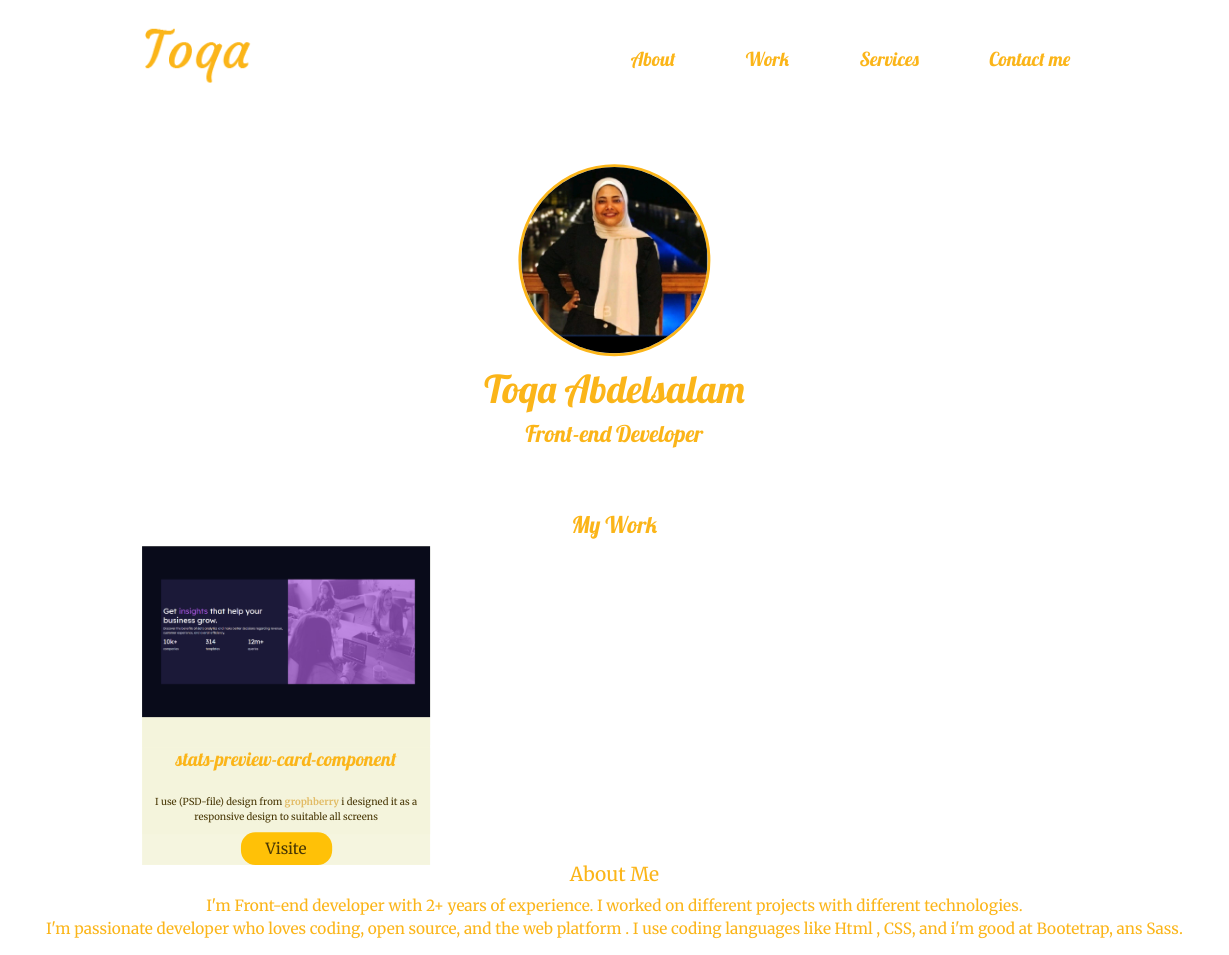
Repository: Toqa-25/portfolio
Page: index.html
The author's editor kept a copy of each file at every save. The page is drawn from the files as they stood at one save, then again after the next save.
The browser window is 1280 px wide. The pictures show the whole page, at 96% of full size.
Some web fonts or font styles are not loaded; a fallback is used.

Above is the page before, as saved 2021-10-31 23:32:47.

After the next save:
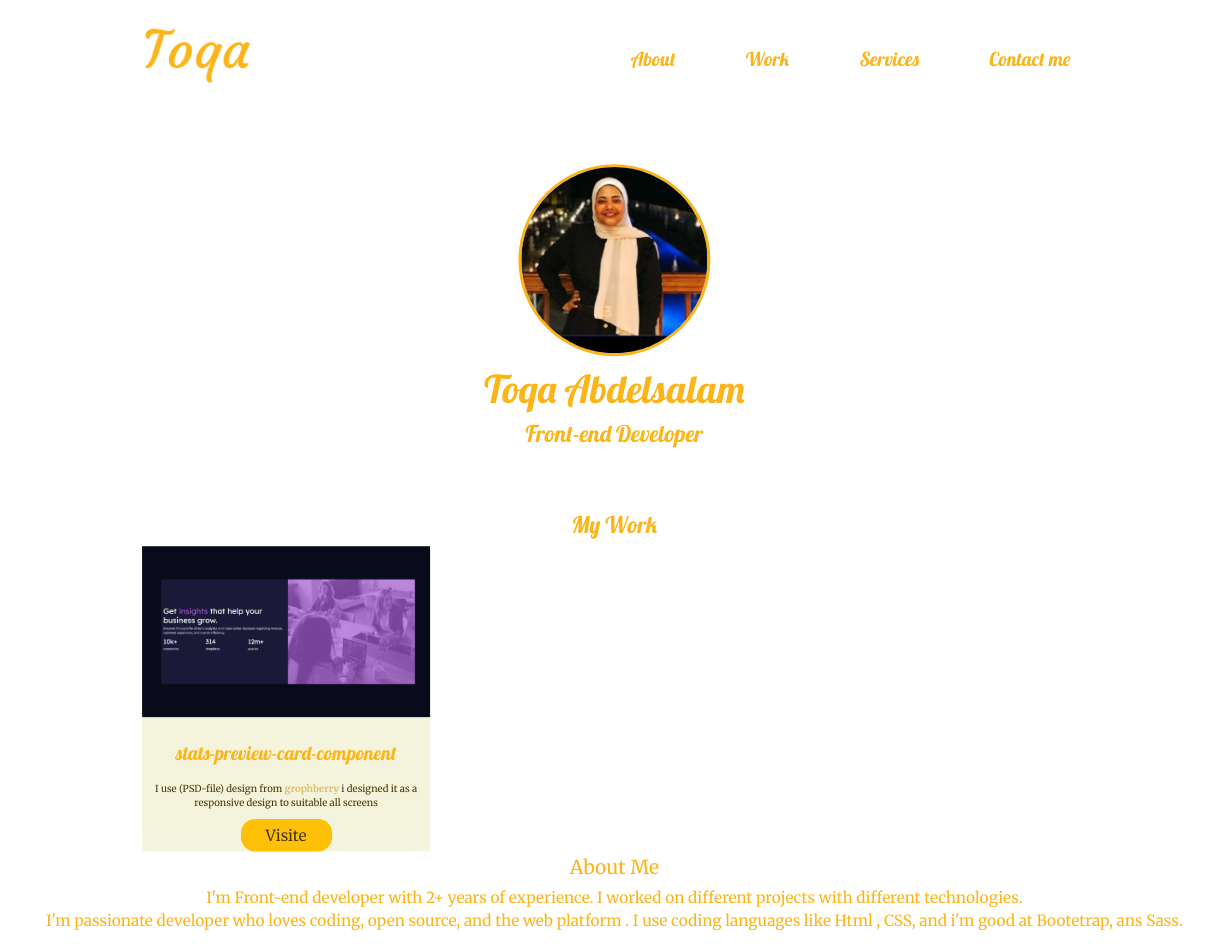
Saved 104 s later.
--- a/css/style.css
+++ b/css/style.css
@@ -199,8 +199,6 @@ body{
     height: 100%;
     text-align: center;
     color:#483705;
-    padding-top: 10px;
-
 }
 .card-info-text a{
     text-decoration: none;
